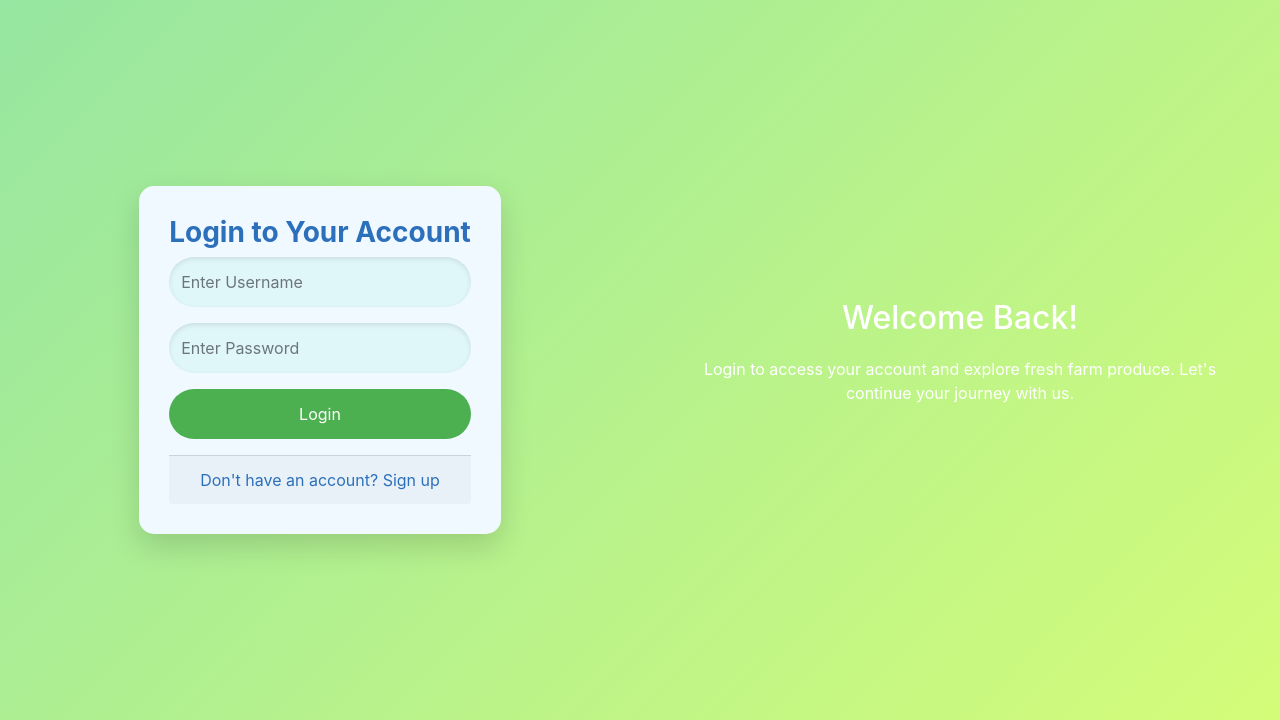
Repository: Dineshbabu290904/DigiMart
Page: http://localhost/DigiMart/login.jsp
An editor plug-in stored every save of this project. The page is shown before and after the next save, followed by the edit.
The browser window is 1280 px wide. The pictures show the whole page.
Some web libraries are served in a nearby version. The page is served by Tomcat 9. Other server files are loaded and not shown.

Above is the page before, as saved 2024-10-16 15:14:16.

### DigiMart/src/main/webapp/login.jsp
<!DOCTYPE html>
<html lang="en">
<head>
    <meta charset="UTF-8">
    <meta name="viewport" content="width=device-width, initial-scale=1.0">
    <title>Login</title>
    <!-- Bootstrap CSS CDN -->
    <link href="https://stackpath.bootstrapcdn.com/bootstrap/4.5.2/css/bootstrap.min.css" rel="stylesheet">
    <!-- Custom CSS -->
    <style>
        body {
            background: linear-gradient(135deg, #96e6a1 0%, #d4fc79 100%); /* Light green gradient */
            display: flex;
            min-height: 100vh;
        }
        .login-section {
            display: flex;
            align-items: center;
            justify-content: center;
            min-height: 100vh;
        }
        .login-card {
            border-radius: 15px;
            background: #f0f9ff; /* Light blue background */
            padding: 30px;
            box-shadow: 0 12px 30px rgba(0, 0, 0, 0.15); /* Soft shadow */
            transition: transform 0.3s ease;
        }
        .login-card:hover {
            transform: translateY(-5px); /* Subtle hover lift */
        }
        .login-card h3 {
            font-weight: bold;
            color: #2c6fbb; /* Cool blue for headings */
        }
        .login-card .form-control {
            border-radius: 25px;
            height: 50px;
            background-color: #e0f7fa; /* Light cyan background for inputs */
            border: none;
            box-shadow: inset 0 2px 5px rgba(0, 0, 0, 0.1);
        }
        .btn-custom {
            border-radius: 25px;
            padding: 12px 25px;
            background-color: #4caf50; /* Light green button */
            color: white;
        }
        .card-footer a {
            color: #2c6fbb;
        }
        .description-section {
            text-align: center;
            color: white;
            padding: 40px;
        }
        .description-section h2 {
            font-size: 2rem;
            margin-bottom: 20px;
        }
    </style>
</head>
<body>

<div class="container-fluid">
    <div class="row login-section">
        <!-- Left Side: Login Form -->
        <div class="col-md-6 d-flex align-items-center justify-content-center">
            <div class="login-card">
                <h3 class="text-center">Login to Your Account</h3>
                <form action="login" method="post">
                    <div class="form-group">
                        <input type="text" class="form-control" id="username" name="username" placeholder="Enter Username" required>
                    </div>
                    <div class="form-group">
                        <input type="password" class="form-control" id="password" name="password" placeholder="Enter Password" required>
                    </div>
                    <button type="submit" class="btn btn-custom btn-block">Login</button>
                </form>
                <div class="card-footer text-center mt-3">
                    <a href="signup.jsp">Don't have an account? Sign up</a>
                </div>
            </div>
        </div>

        <!-- Right Side: Description -->
        <div class="col-md-6 d-none d-md-flex align-items-center justify-content-center description-section">
            <div>
                <h2>Welcome Back!</h2>
                <p>Login to access your account and explore fresh farm produce. Let's continue your journey with us.</p>
            </div>
        </div>
    </div>
</div>

<!-- Bootstrap JS and dependencies -->
<script src="https://code.jquery.com/jquery-3.5.1.slim.min.js"></script>
<script src="https://cdn.jsdelivr.net/npm/@popperjs/core@2.5.3/dist/umd/popper.min.js"></script>
<script src="https://stackpath.bootstrapcdn.com/bootstrap/4.5.2/js/bootstrap.min.js"></script>
</body>
</html>

After the next save:
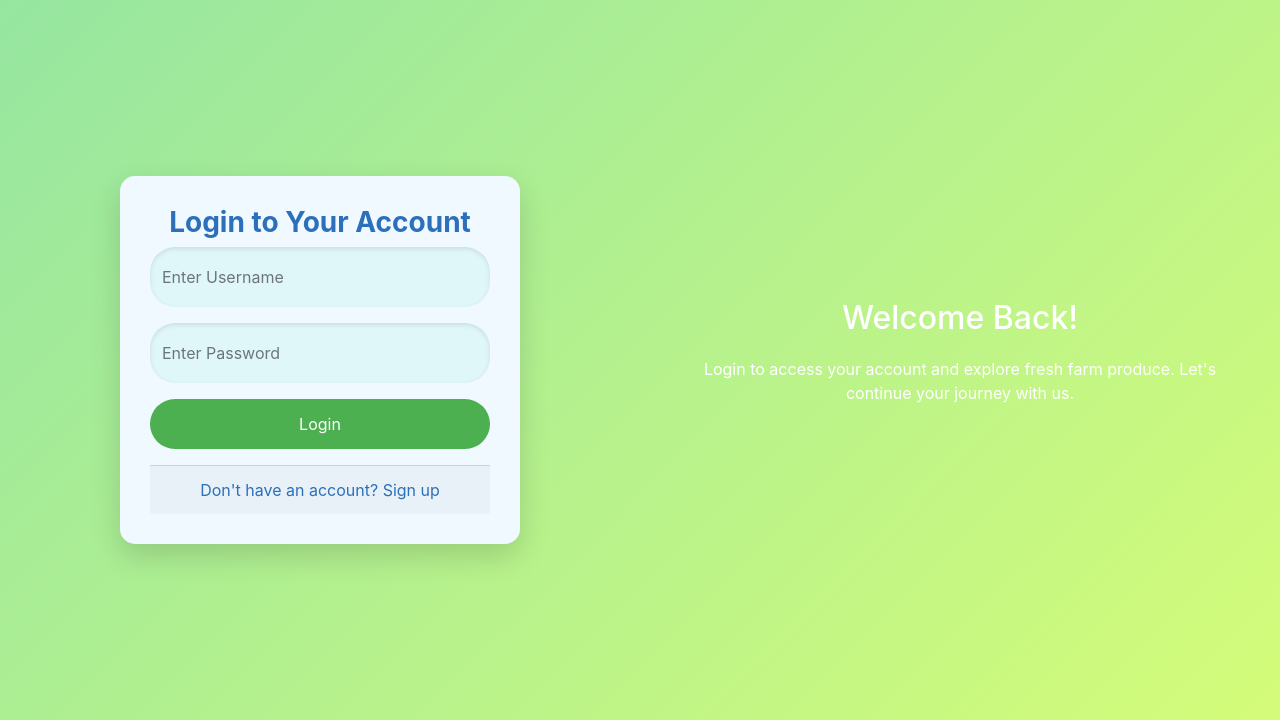
Saved 2 min 28 s later.
--- a/DigiMart/src/main/webapp/login.jsp
+++ b/DigiMart/src/main/webapp/login.jsp
@@ -25,6 +25,8 @@
             padding: 30px;
             box-shadow: 0 12px 30px rgba(0, 0, 0, 0.15); /* Soft shadow */
             transition: transform 0.3s ease;
+            width: 100%; /* Ensure full width on small devices */
+            max-width: 400px; /* Set maximum width for the card */
         }
         .login-card:hover {
             transform: translateY(-5px); /* Subtle hover lift */
@@ -35,7 +37,7 @@
         }
         .login-card .form-control {
             border-radius: 25px;
-            height: 50px;
+            height: 60px; /* Increased height for input fields */
             background-color: #e0f7fa; /* Light cyan background for inputs */
             border: none;
             box-shadow: inset 0 2px 5px rgba(0, 0, 0, 0.1);
